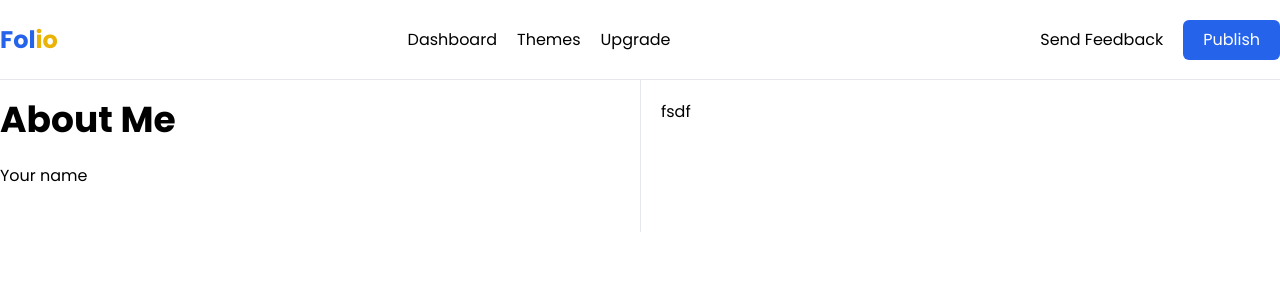
Repository: langford-dev/follio
Page: /
These files come from the project's save history. The page is drawn as it stood at one moment and after a run of saves; the edit follows.
The browser window is 1280 px wide. The pictures show the whole page.
The project was rebuilt for these pictures with package versions that can differ from the ones it lists, and the page was loaded fresh each time. The framework's server and built-in components were replaced by stand-ins that run in the browser. Also part of the build but not shown: next.config.js, components/pageView.js.

Above is the page before, as saved 2022-03-19 10:48:51.

### pages/_app.js
import { AppProvider } from '../context/context'
import '../styles/globals.css'

function MyApp({ Component, pageProps }) {
  return <AppProvider>
    <Component {...pageProps} />
  </AppProvider>
}

export default MyApp

### pages/index.js
import EditView from '../components/body'
import Header from '../components/header'

export default function Home() {
  return <div>
    <Header />
    <EditView />
  </div>
}

### context/context.js
import { createContext, useEffect } from "react"

export const AppContext = createContext()

export const AppProvider = ({ children }) => {
    return <AppContext.Provider>
        {children}
    </AppContext.Provider>
}

### styles/globals.css
@import url('https://fonts.googleapis.com/css2?family=Poppins:wght@300;400;500;600;700;800&display=swap');

@tailwind base;
@tailwind components;
@tailwind utilities;


html,
body {
  /* background: #f1f1f188; */
  padding: 0;
  margin: 0;
}

a {
  color: inherit;
  text-decoration: none;
}

* {
  box-sizing: border-box;
  font-family: "Poppins", -apple-system, BlinkMacSystemFont, Segoe UI, Roboto, Oxygen,
    Ubuntu, Cantarell, Fira Sans, Droid Sans, Helvetica Neue, sans-serif;
}

### components/body.js
import PageView from "./pageView"

const styles = {
    pageView: `m-auto max-w-screen-xl`,
    title: `text-4xl font-bold`,
    flexView: `flex`,
    editingView: `w-1/2 p-5 pl-0`,
    preview: `border-l w-1/2 p-5`,
    inputContainer: `flex flex-col`,
}

const EditView = () => {
    return <div className={styles.pageView}>
        <div className={styles.flexView}>
            <div className={styles.editingView}>
                <p className={styles.title}>About Me</p>
                <br />
                <div className={styles.inputContainer}>
                    <label className={styles.label}>Your name</label>
                    <input type="text" className={styles.input} />
                </div>
            </div>
            <div className={styles.preview}>fsdf</div>
        </div>
    </div>
}

export default EditView

### components/header.js
import Link from "next/link"
import Logo from "./logo"

const styles = {
    header: `border-b h-20 bg-white`,
    headerWrapper: `m-auto max-w-screen-xl h-full flex items-center justify-between`,
    button: `bg bg-blue-600 text-white h-10 px-5 flex items-center justify-center rounded-md cursor-pointer`,
    nav: `flex`,
    navLink: `mr-5 hover:text-blue-600 cursor-pointer`,
}

const Header = () => {
    return <header className={styles.header}>
        <div className={styles.headerWrapper}>
            <Logo />
            <nav className={styles.nav}>
                <Link passHref={true} href="/"><p className={styles.navLink}>Dashboard</p></Link>
                <Link passHref={true} href="/"><p className={styles.navLink}>Themes</p></Link>
                <Link passHref={true} href="/"><p className={styles.navLink}>Upgrade</p></Link>
            </nav>
            <div className="flex items-center">
                <p className="mr-5">Send Feedback</p>
                <div className={styles.button}>Publish</div>
            </div>
        </div>
    </header>
}

export default Header

### components/logo.js
const Logo = () => {
    return <p className="font-bold text-2xl text-blue-600">Fol<span className="text-yellow-500">io</span></p>
}

export default Logo

Loaded but not shown: tailwind.config.js (common file)

After the next 2 saves:
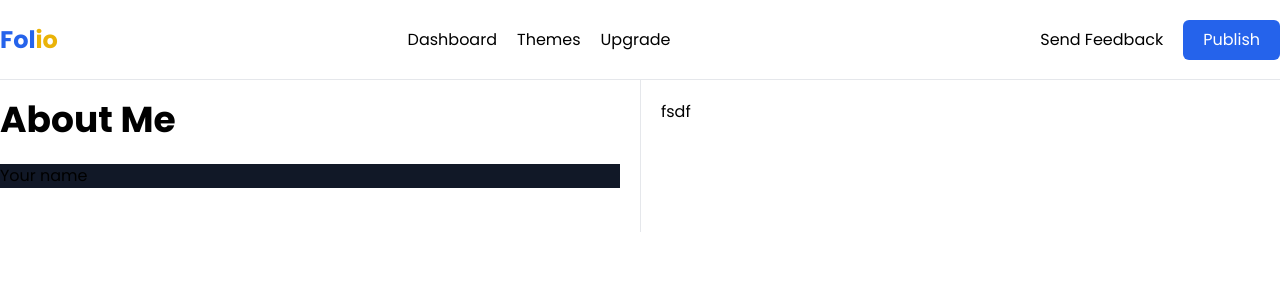
The 2 saves are shown as one change because they came seconds apart.
The last was saved 20 s later.
--- a/components/body.js
+++ b/components/body.js
@@ -6,7 +6,7 @@
     flexView: `flex`,
     editingView: `w-1/2 p-5 pl-0`,
     preview: `border-l w-1/2 p-5`,
-    inputContainer: `flex flex-col`,
+    inputContainer: `flex flex-col bg-gray-900`,
 }
 
 const EditView = () => {

After the 2 saves that followed:
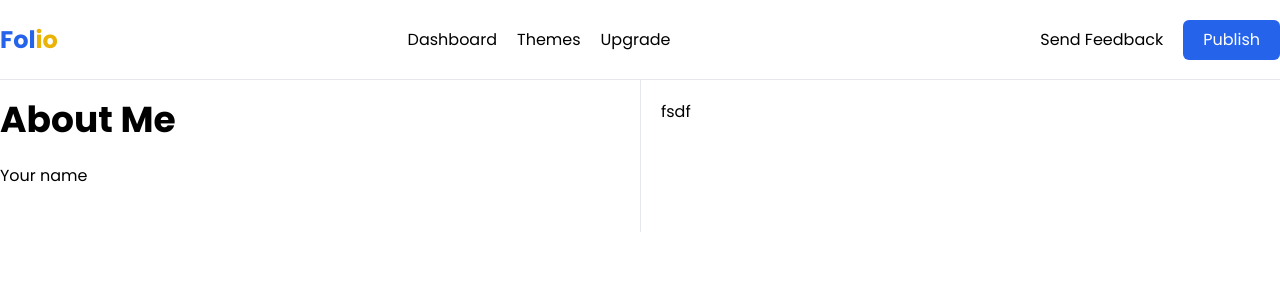
The 2 saves are shown as one change because they came seconds apart.
The last was saved 6 s later.
--- a/components/body.js
+++ b/components/body.js
@@ -6,7 +6,8 @@
     flexView: `flex`,
     editingView: `w-1/2 p-5 pl-0`,
     preview: `border-l w-1/2 p-5`,
-    inputContainer: `flex flex-col bg-gray-900`,
+    inputContainer: `flex flex-col`,
+
 }
 
 const EditView = () => {
